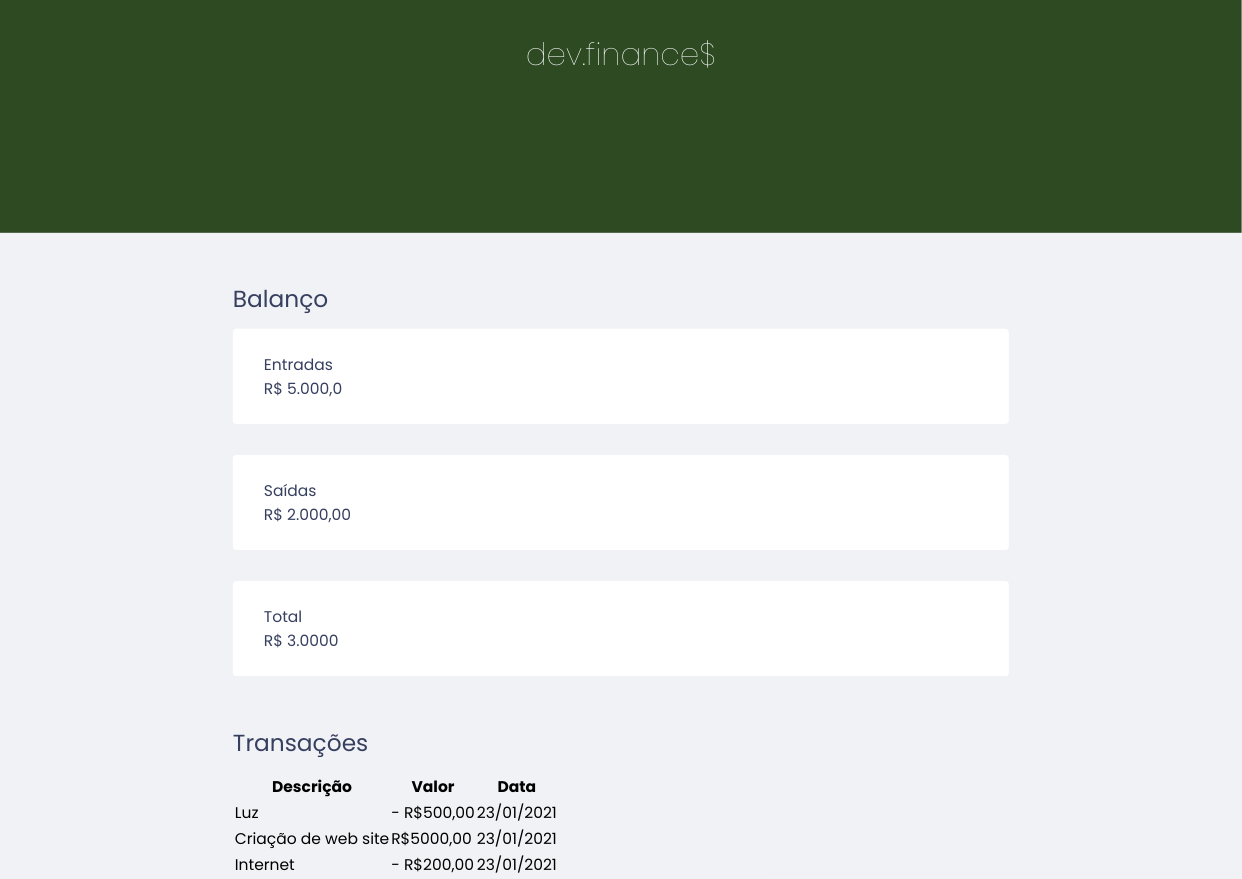
Repository: rafaelmgr12/maratona-dev01
Page: index.html
An editor plug-in stored every save of this project. The page is shown before and after a run of saves, followed by the edit.
The browser window is 1280 px wide. The pictures show the whole page, at 97% of full size.

Above is the page before, as saved 2021-04-26 20:35:58.

After the next 2 saves:
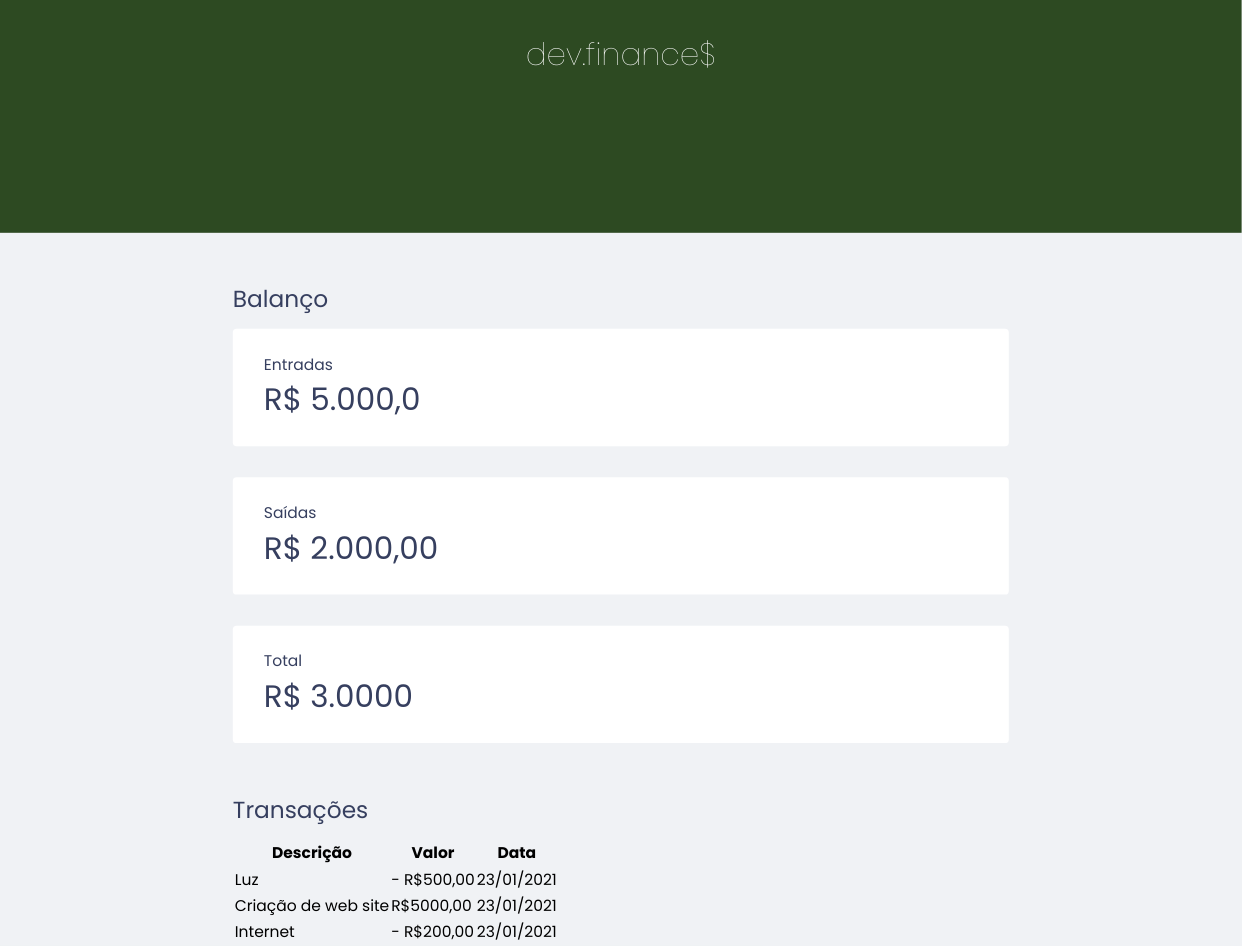
The 2 saves are shown as one change because they came seconds apart.
The last was saved 41 s later.
--- a/style.css
+++ b/style.css
@@ -1,6 +1,6 @@
 /* Global ======================================== */
-:root{
-    --dark-blue : #363f5f;
+:root {
+  --dark-blue: #363f5f;
 }
 * {
   margin: 0;
@@ -20,7 +20,7 @@ body {
 h2 {
   margin-top: 3.2rem;
   margin-bottom: 0.8rem;
-  color : var(--dark-blue);
+  color: var(--dark-blue);
 
   font-weight: normal;
 }
@@ -51,23 +51,22 @@ balance h2 {
 
 .card {
   background: white;
-  padding : 1.5rem 2rem;
-  border-radius : 0.25rem;
+  padding: 1.5rem 2rem;
+  border-radius: 0.25rem;
 
   margin-bottom: 2rem;
 
-  color : var(--dark-blue);
+  color: var(--dark-blue);
 }
 
-.card h3{
-    font-weight: normal;
-    font-size: 1rem;
-
-
+.card h3 {
+  font-weight: normal;
+  font-size: 1rem;
 }
 
-.card p{
-
+.card p {
+  font-size: 2rem;
+  line-height: 3rem;
 }
 
 /* footer ======================================== */
